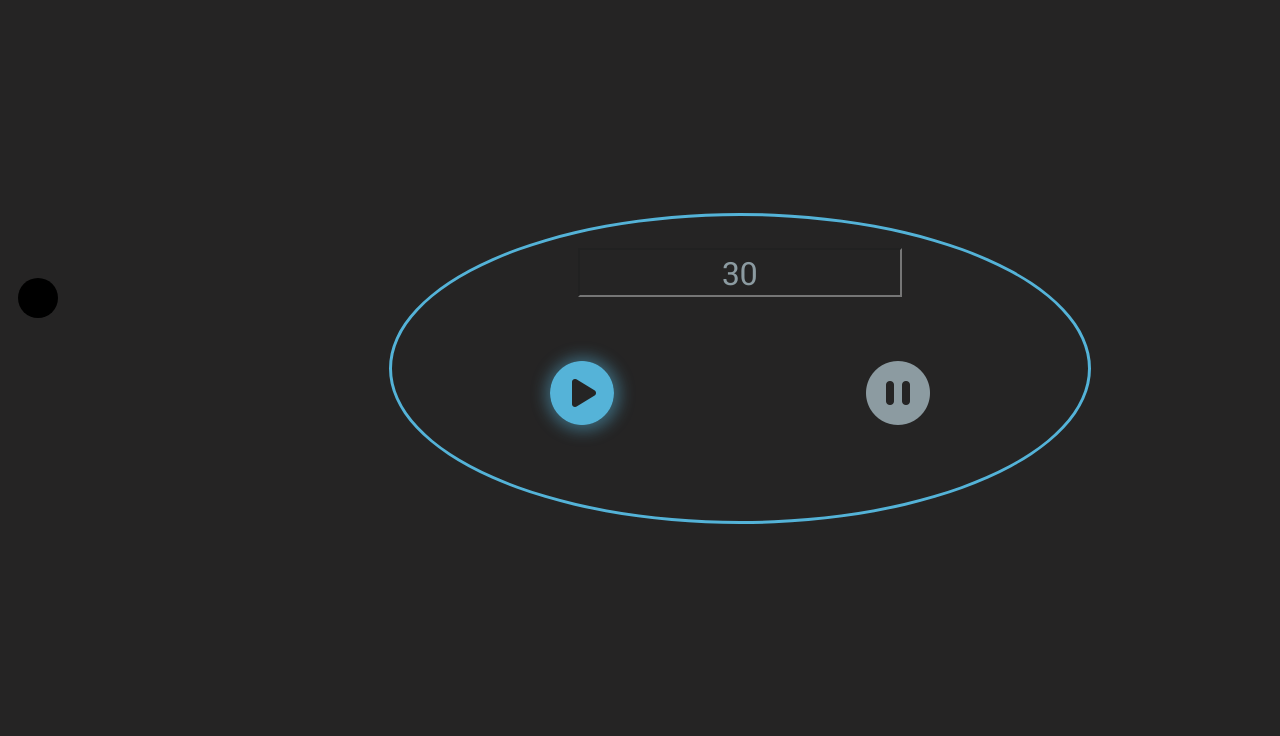
Repository: Sbethm/javascript-challenges
Page: index.html
The author's editor kept a copy of each file at every save. The page is drawn from the files as they stood at one save, then again after the next save.
The browser window is 1280 px wide. The pictures show the whole page.
Some web libraries are served in a nearby version. The style sheet was rebuilt from its Sass, Less or Tailwind sources for each picture, by a compiler version that may differ from the author's.

Above is the page before, as saved 2021-09-17 15:07:01.

After the next save:
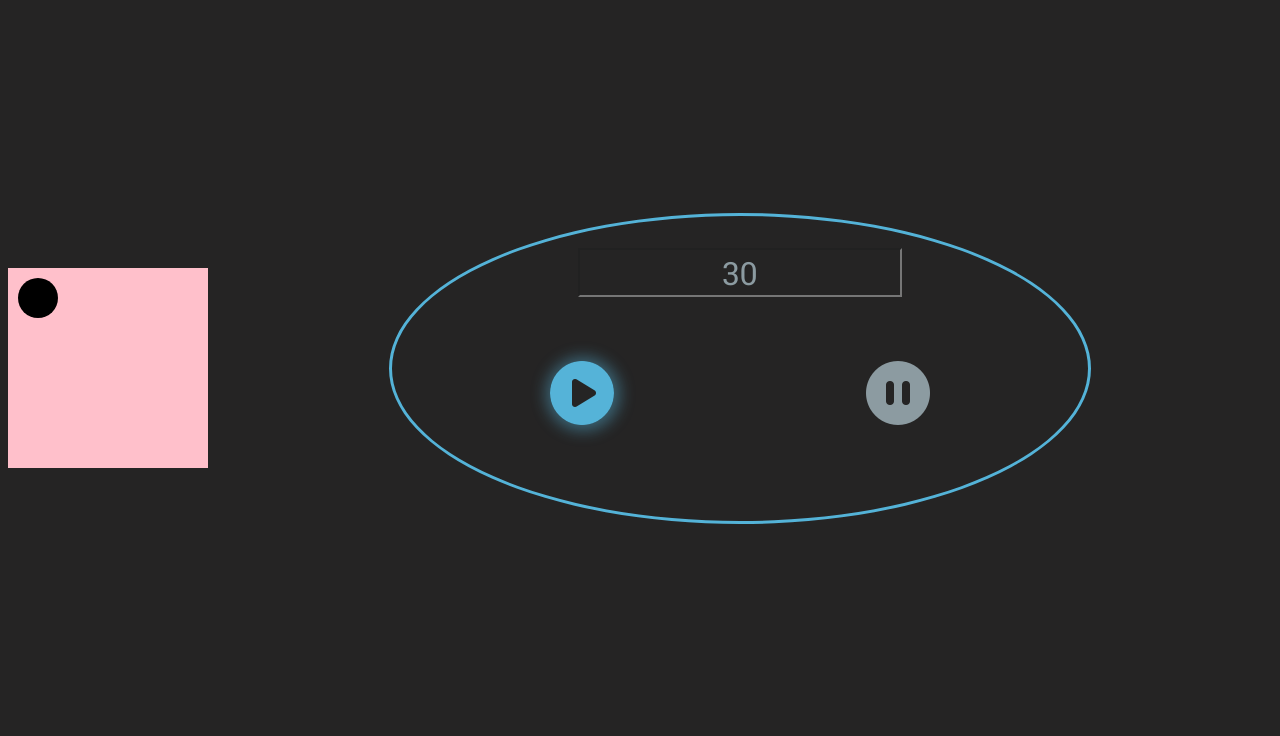
Saved 10 s later.
--- a/SCSS/main.scss
+++ b/SCSS/main.scss
@@ -11,7 +11,7 @@
     justify-content: center;
 }
 
-circle {
+svg {
     background-color: pink;
 }
 

After the save that followed:
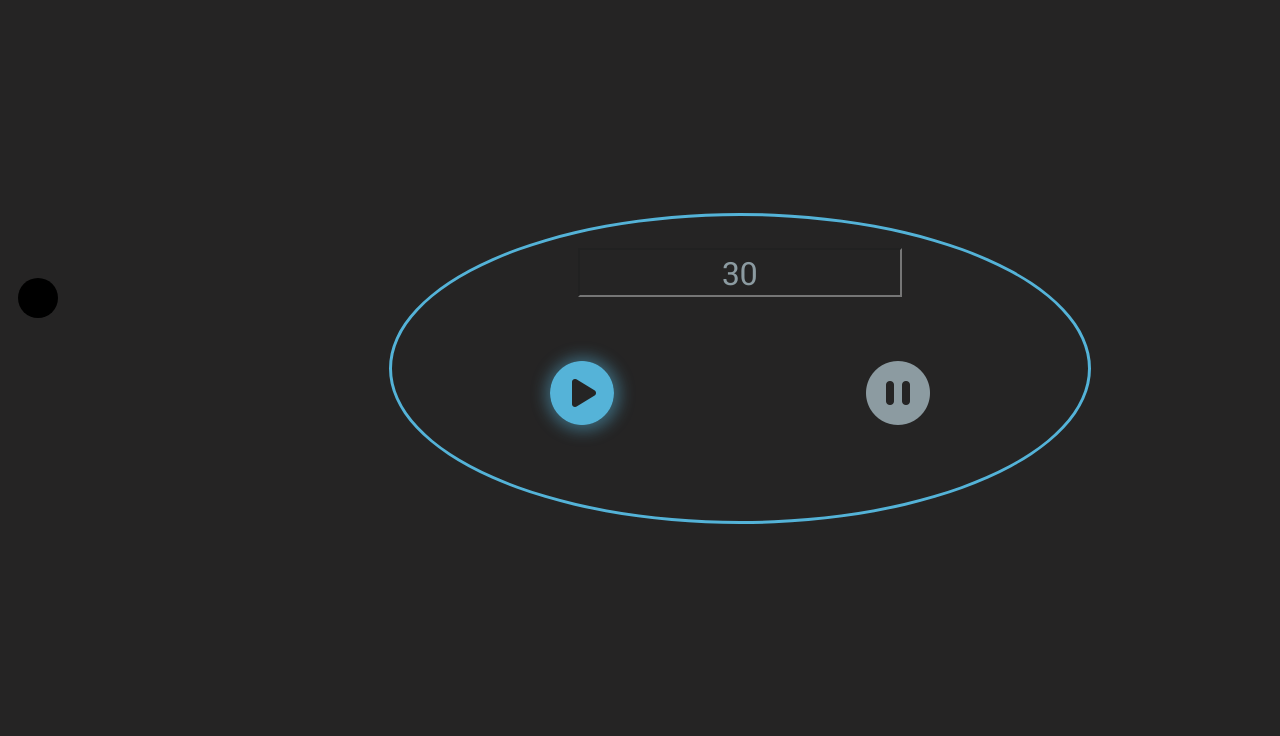
Saved 6 min 58 s later.
--- a/SCSS/main.scss
+++ b/SCSS/main.scss
@@ -11,7 +11,7 @@
     justify-content: center;
 }
 
-svg {
+circle {
     background-color: pink;
 }
 
